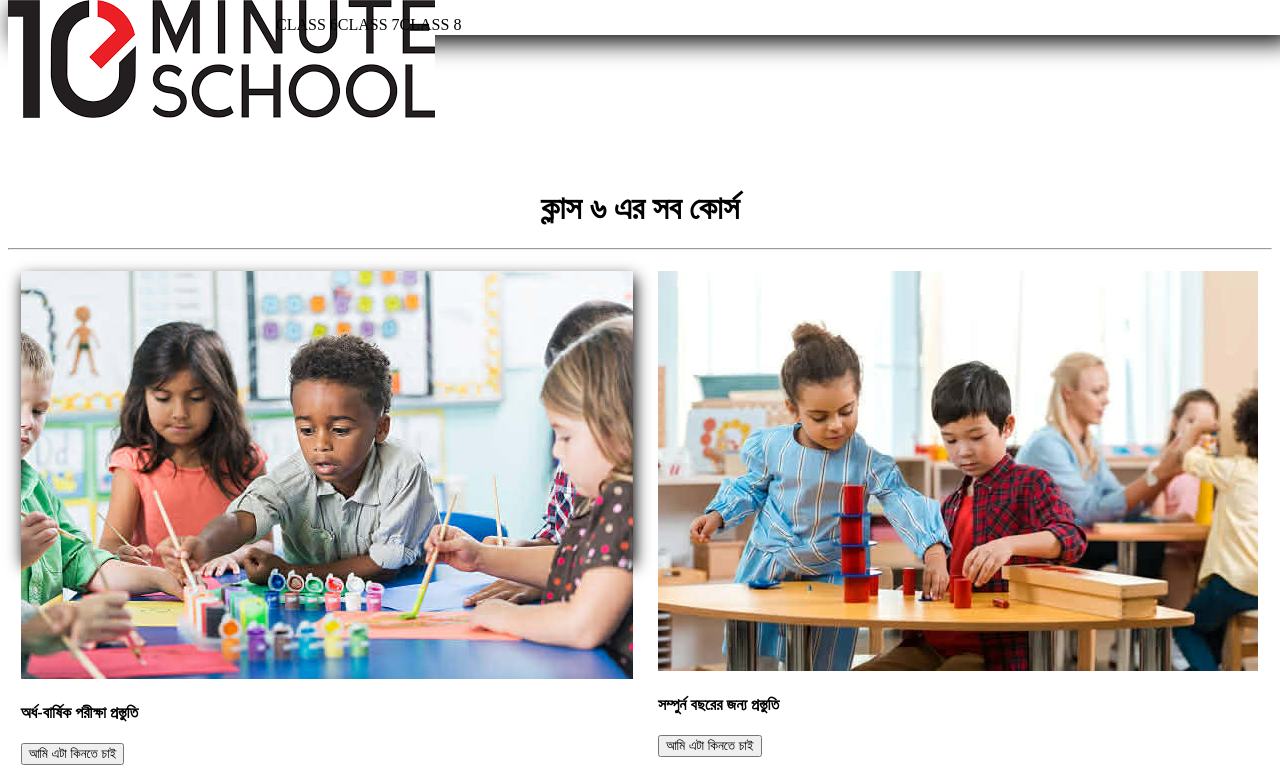
Repository: ridhukhan/10MinuteCourse
Page: /
These files come from the project's save history. The page is drawn as it stood at one moment and after the next save; the edit follows.
The browser window is 1280 px wide. The pictures show the whole page.
The project was rebuilt for these pictures with package versions that can differ from the ones it lists, and the page was loaded fresh each time. Also part of the build but not shown: vite.config.js.

Above is the page before, as saved 2025-12-14 19:59:04.

### index.html
<!doctype html>
<html lang="en">
  <head>
    <meta charset="UTF-8" />
    <link rel="icon" type="image/svg+xml" href="/vite.svg" />
    <meta name="viewport" content="width=device-width, initial-scale=1.0" />
    <title>10minuteschool</title>
  </head>
  <body>
    <div id="root"></div>
    <script type="module" src="/src/main.jsx"></script>
  </body>
</html>

### src/index.css
@media screen and (max-width: 500px){
  *{
    width: 100%;
    padding: 0;
    margin: 0;
  }
}

### src/App.jsx
import { BrowserRouter ,Routes, Route } from "react-router-dom"
import Navber from "./Nav/Navber"
import Home from "./pages/Home"



function App() {

  return (
<div>

<BrowserRouter>
<Navber/>
<Routes>

<Route path="/" element={<Home/>}/>





</Routes>





</BrowserRouter>






</div>
  )
}

export default App

### src/Nav/Navber.jsx
import React from 'react'
import "./Navbar.css"
import mainLogo from "../assets/mainlogo.png"
const Navber = () => {
  return (
    <div className='navBar'>

<div className='navlogo'>
<img src={mainLogo} alt="logo"/>
</div>
<ul>
    <li>CLASS 6</li>
    <li>CLASS 7</li>
    <li>CLASS 8</li>
</ul>
</div>
  )
}

export default Navber

### src/pages/Home.jsx
import React from 'react'
import Class6c from '../Component/Class6c'

const Home = () => {
  return (
    <div>



        <h1 style={{justifyContent:"center", textAlign:"center" ,marginTop:"15%"}}>ক্লাস ৬ এর সব কোর্স</h1>
    <hr />
    <Class6c/>

    </div>
  )
}

export default Home

### src/Nav/Navbar.css
.navBar{
width: 100%;
display: flex;
z-index: 1000;
position: fixed;
top: 0;
height: 35px;
box-shadow: 4px 7px 25px;
}
.navBar .navlogo{
    width: 100px;
    height: 100px;
}
.navBar ul{
    display: flex;
    margin-left: 10%;
}
.navBar ul li{
    list-style: none;
}

### src/Component/Class6c.jsx
import React from 'react'
import "./Class6c.css"
import class61 from '../assets/class61.jpeg'
import class62 from '../assets/class62.jpeg'
const Class6c = () => {
  return (
    <div className='class6main'>
<div className='class61i'>
  <div>
    <img src={class61} alt="class61" />
   </div>
  <div className='class61t'>
    <h4>অর্ধ-বার্ষিক পরীক্ষা প্রস্তুতি</h4>
    <button>আমি এটা কিনতে চাই</button>
  </div>
</div>

<div className='class62i'>
<div>
<img src={class62} alt="class62" />
</div>

<div className='class61t'>
<h4>সম্পুর্ন বছরের জন্য  প্রস্তুতি</h4>
<button>আমি এটা কিনতে চাই</button>
</div>
</div>



    </div>
  )
}

export default Class6c

### src/Component/Class6c.css
.class6main{
    display: flex;
    height: 40vh;
    width: 100%;

}
.class6main .class61i{
    height: 40vh;
    margin: 1%;
   box-shadow: 2px 7px 15px black;
}
.class6main .class62i{
      height: 35vh;
    margin: 1%;
}

Loaded but not shown: src/main.jsx (common file)

After the next save:
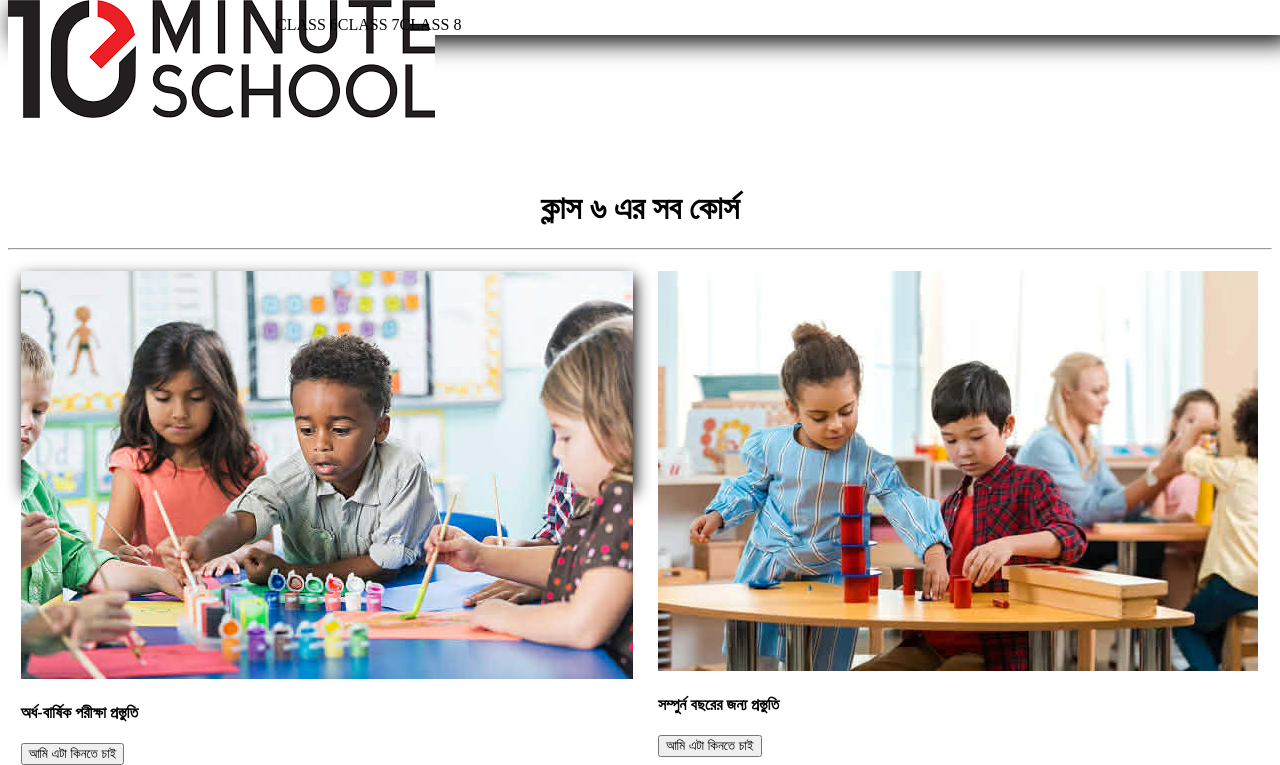
Saved 15 s later.
--- a/src/Component/Class6c.css
+++ b/src/Component/Class6c.css
@@ -5,7 +5,7 @@
 
 }
 .class6main .class61i{
-    height: 40vh;
+    height: 30vh;
     margin: 1%;
    box-shadow: 2px 7px 15px black;
 }
